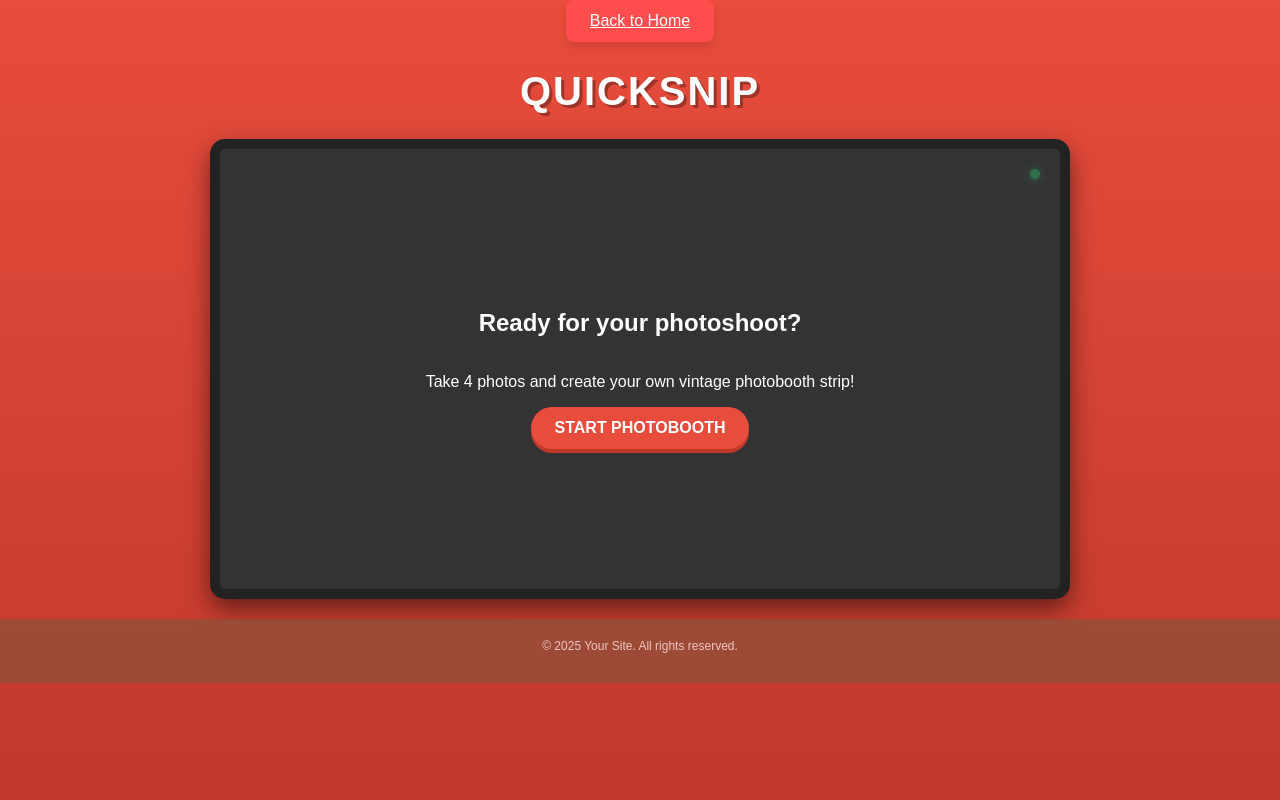
Repository: Strawb3rryjam/QuickSnip
Page: photobooth.html
An editor plug-in stored every save of this project. The page is shown before and after the next save, followed by the edit.
The browser window is 1280 px wide. The pictures show the whole page.
Some web fonts or font styles are not loaded; a fallback is used.

Above is the page before, as saved 2025-05-08 16:14:02.

### photobooth.html
<!DOCTYPE html>
<html lang="en">

<head>
    <meta charset="UTF-8">
    <meta name="viewport" content="width=device-width, initial-scale=1.0">
    <title>Retro Photobooth</title>
    <link rel="stylesheet" href="styles.css">

    <!--Font-->
    <link rel="preconnect" href="https://fonts.googleapis.com">
    <link rel="preconnect" href="https://fonts.gstatic.com" crossorigin>
    <link href="https://fonts.googleapis.com/css2?family=Titan+One&display=swap" rel="stylesheet">
</head>

<body>
    <a href="index.html" id="home" class="button">Back to Home</a>


    <h1>QUICKSNIP</h1>
    <div class="container">
        <div class="retro-light"></div>

        <div class="start-screen" id="startScreen">

            <h2>Ready for your photoshoot?</h2>
            <p>Take 4 photos and create your own vintage photobooth strip!</p>
            <button id="startButton">Start Photobooth</button>
        </div>

        <div class="camera-container" id="cameraContainer">
            <video id="camera" autoplay playsinline></video>
            <div class="countdown" id="countdown"></div>
            <div class="flash" id="flash"></div>
            <div class="loading-message" id="loadingMessage">Initializing camera...</div>
        </div>

        <div class="controls" id="cameraControls" style="display: none;">
            <button id="captureButton">Take Photos</button>
        </div>

        <div class="photostrip-container" id="photostripContainer">
            <div class="photostrip" id="photostrip">
                <div class="photostrip-branding">Retro Photobooth - April 28, 2025</div>
            </div>

            <div class="editor-tools">
                <div>
                    <h3>Border Color</h3>
                    <div class="color-picker" id="colorPicker">
                        <div class="color selected" style="background-color: white;" data-color="white"></div>
                        <div class="color" style="background-color: #ffcc00;" data-color="#ffcc00"></div>
                        <div class="color" style="background-color: #ff6b6b;" data-color="#ff6b6b"></div>
                        <div class="color" style="background-color: #48dbfb;" data-color="#48dbfb"></div>
                        <div class="color" style="background-color: #1dd1a1;" data-color="#1dd1a1"></div>
                        <div class="color" style="background-color: #f368e0;" data-color="#f368e0"></div>
                        <div class="color" style="background-color: #ff9f43;" data-color="#ff9f43"></div>
                        <div class="color" style="background-color: black;" data-color="black"></div>
                    </div>
                </div>

                <div>
                    <h3>Add Stickers</h3>
                    <div class="stickers" id="stickerPicker">
                        <div class="sticker">⭐</div>
                        <div class="sticker">❤️</div>
                        <div class="sticker">🌈</div>
                        <div class="sticker">😎</div>
                        <div class="sticker">🎉</div>
                        <div class="sticker">✨</div>
                        <div class="sticker">💯</div>
                        <div class="sticker">🔥</div>
                        <div class="sticker">👑</div>
                        <div class="sticker">🦄</div>
                    </div>
                </div>

                <button id="downloadButton">Download Photostrip</button>
                <button id="resetButton">Take New Photos</button>
            </div>
        </div>
    </div>

    <footer id="copyright">
        © 2025 Your Site. All rights reserved.
    </footer>

    <script src="https://cdnjs.cloudflare.com/ajax/libs/html2canvas/1.4.1/html2canvas.min.js"></script>
    <script src="scripts.js"></script>
    <script src="https://cdnjs.cloudflare.com/ajax/libs/html2canvas/1.4.1/html2canvas.min.js"></script>

</body>

</html>

### scripts.js
document.addEventListener("DOMContentLoaded", () => {
  // DOM Elements
  const curtain = document.getElementById("curtain");

  if (curtain) {
    const frames = [
      "assets/curtain1.svg",
      "assets/curtain2.svg",
      "assets/curtain3.svg",
      "assets/curtain4.svg",
    ];

    let interval = 0;

    function animateCurtain(forward = true) {
      let index = forward ? 0 : frames.length - 1;
      clearInterval(interval);
      interval = setInterval(() => {
        curtain.src = frames[index];
        index = forward ? index + 1 : index - 1;
        if (index < 0 || index >= frames.length) clearInterval(interval);
      }, 100);
    }

    curtain.addEventListener("mouseenter", () => animateCurtain(true));
    curtain.addEventListener("mouseleave", () => animateCurtain(false));

    // 👉 Navigate to photobooth.html on click
    curtain.addEventListener("click", () => {
      window.location.href = "photobooth.html";
    });
  } else {
    console.error("Curtain element not found!");
  }

  // back to home button
  const homeButton = document.getElementById("home");
  if (homeButton) {
    homeButton.addEventListener("click", () => {
      window.location.href = "index.html";
    });
  }

  const startScreen = document.getElementById("startScreen");
  const cameraContainer = document.getElementById("cameraContainer");
  const camera = document.getElementById("camera");
  const captureButton = document.getElementById("captureButton");
  const startButton = document.getElementById("startButton");
  const cameraControls = document.getElementById("cameraControls");
  const countdown = document.getElementById("countdown");
  const flash = document.getElementById("flash");
  const photostripContainer = document.getElementById("photostripContainer");
  const photostrip = document.getElementById("photostrip");
  const downloadButton = document.getElementById("downloadButton");
  const resetButton = document.getElementById("resetButton");
  const colorPicker = document.getElementById("colorPicker");
  const stickerPicker = document.getElementById("stickerPicker");
  const loadingMessage = document.getElementById("loadingMessage");

  // App State
  let stream = null;
  let photosTaken = 0;
  const maxPhotos = 4;
  let photoElements = [];
  let isCountingDown = false;

  // Start the photobooth
  if (startButton) {
    startButton.addEventListener("click", initCamera);
  }

  // Initialize the camera
  async function initCamera() {
    startScreen.style.display = "none";
    cameraContainer.style.display = "block";

    try {
      stream = await navigator.mediaDevices.getUserMedia({
        video: {
          facingMode: "user",
          width: { ideal: 640 },
          height: { ideal: 480 },
        },
        audio: false,
      });

      camera.srcObject = stream;
      loadingMessage.style.display = "none";
      cameraControls.style.display = "flex";
      captureButton.addEventListener("click", startPhotoSequence);
    } catch (err) {
      loadingMessage.textContent = "Camera access denied or not available :(";
      console.error("Error accessing camera:", err);
    }
  }

  // Start the photo taking sequence
  function startPhotoSequence() {
    if (isCountingDown) return;

    isCountingDown = true;
    captureButton.disabled = true;
    startCountdown();
  }

  // Display countdown before taking photo
  function startCountdown() {
    let count = 3;
    countdown.textContent = count;
    countdown.style.display = "block";

    const countInterval = setInterval(() => {
      count--;

      if (count > 0) {
        countdown.textContent = count;
      } else {
        clearInterval(countInterval);
        countdown.style.display = "none";
        takePhoto();
      }
    }, 1000);
  }

  // Take a photo
  function takePhoto() {
    // Create flash effect
    flash.style.opacity = "0.8";
    setTimeout(() => {
      flash.style.opacity = "0";
    }, 100);

    // Create the canvas to capture the photo
    const canvas = document.createElement("canvas");
    const context = canvas.getContext("2d");

    // Set canvas dimensions to match the video
    canvas.width = camera.videoWidth;
    canvas.height = camera.videoHeight;

    // Draw the video frame on the canvas, flip horizontally
    context.translate(canvas.width, 0);
    context.scale(-1, 1);
    context.drawImage(camera, 0, 0, canvas.width, canvas.height);

    // Convert canvas to image
    const imgUrl = canvas.toDataURL("image/jpeg");

    // Add to photostrip
    photosTaken++;
    const photoElement = document.createElement("img");
    photoElement.src = imgUrl;
    photoElement.alt = `Photo ${photosTaken}`;
    photoElements.push(photoElement);

    // Check if we need to take more photos
    if (photosTaken < maxPhotos) {
      // Wait before next photo
      setTimeout(() => {
        isCountingDown = false;
        startCountdown();
      }, 1000);
    } else {
      // We're done taking photos
      finishPhotoSession();
    }
  }

  // Finish photo session and show the photostrip
  function finishPhotoSession() {
    // Stop camera
    if (stream) {
      stream.getTracks().forEach((track) => track.stop());
      stream = null;
    }

    // Hide camera UI
    cameraContainer.style.display = "none";
    cameraControls.style.display = "none";

    // Show printing overlay
    const printingOverlay = document.createElement("div");
    printingOverlay.className = "printing-overlay active";

    const printingMessage = document.createElement("div");
    printingMessage.className = "printing-message";
    printingMessage.textContent = "Printing your photos...";

    printingOverlay.appendChild(printingMessage);
    document.body.appendChild(printingOverlay);

    // Play printer sound
    const printerSound = document.getElementById("printerSound");
    if (printerSound) {
      printerSound.play();
    } else {
      // Fallback if the element doesn't exist in HTML
      const audioElement = document.createElement("audio");
      audioElement.className = "printer-sound";
      audioElement.src = "assets/printer-sound.mp3";
      audioElement.autoplay = true;
      document.body.appendChild(audioElement);
    }

    // Show photostrip container
    photostripContainer.style.display = "flex";

    // Add the printing class to photostrip
    photostrip.classList.add("printing");

    // Add printing class to branding
    const branding = photostrip.querySelector(".photostrip-branding");
    if (branding) {
      branding.classList.add("printing");
    }

    // Add photos to photostrip with a delay for the animation
    setTimeout(() => {
      for (let i = 0; i < photoElements.length; i++) {
        photostrip.appendChild(photoElements[i]);
      }

      // Remove the overlay after the animation completes
      setTimeout(() => {
        printingOverlay.classList.remove("active");
        setTimeout(() => {
          printingOverlay.remove();
          if (document.querySelector(".printer-sound")) {
            document.querySelector(".printer-sound").remove();
          }
        }, 500);
      }, 3200); // slightly longer than our animation

      // Initialize the editing tools
      initEditingTools();
    }, 300);
  }

  // Initialize editing tools for photostrip
  function initEditingTools() {
    // Color picker functionality
    if (colorPicker) {
      colorPicker.querySelectorAll(".color").forEach((colorEl) => {
        colorEl.addEventListener("click", () => {
          // Remove selected class from all colors
          colorPicker.querySelectorAll(".color").forEach((el) => {
            el.classList.remove("selected");
          });

          // Add selected class to clicked color
          colorEl.classList.add("selected");

          // Apply color to photostrip
          const selectedColor = colorEl.getAttribute("data-color");
          photostrip.style.backgroundColor = selectedColor;
        });
      });
    }

    // Sticker functionality
    if (stickerPicker) {
      stickerPicker.querySelectorAll(".sticker").forEach((stickerEl) => {
        stickerEl.addEventListener("click", () => {
          addSticker(stickerEl.textContent);
        });
      });
    }

    // Download button
    if (downloadButton) {
      downloadButton.addEventListener("click", downloadPhotostrip);
    }

    // Reset button
    if (resetButton) {
      resetButton.addEventListener("click", resetPhotobooth);
    }
  }

  // Add a draggable sticker to the photostrip
  function addSticker(emoji) {
    const sticker = document.createElement("div");
    sticker.classList.add("draggable-sticker");
    sticker.textContent = emoji;
    sticker.style.left = "50%";
    sticker.style.top = "50%";
    sticker.style.transform = "translate(-50%, -50%)";
    photostrip.appendChild(sticker);

    // Make sticker draggable
    let isDragging = false;
    let offsetX, offsetY;

    sticker.addEventListener("mousedown", (e) => {
      isDragging = true;
      const rect = sticker.getBoundingClientRect();
      offsetX = e.clientX - rect.left;
      offsetY = e.clientY - rect.top;
      sticker.style.zIndex = "1000";
    });

    document.addEventListener("mousemove", (e) => {
      if (!isDragging) return;

      const photoRect = photostrip.getBoundingClientRect();
      const x = e.clientX - photoRect.left - offsetX;
      const y = e.clientY - photoRect.top - offsetY;

      sticker.style.left = `${x}px`;
      sticker.style.top = `${y}px`;
      sticker.style.transform = "none";
    });

    document.addEventListener("mouseup", () => {
      isDragging = false;
      sticker.style.zIndex = "999";
    });

    // Touch support for mobile
    sticker.addEventListener("touchstart", (e) => {
      isDragging = true;
      const touch = e.touches[0];
      const rect = sticker.getBoundingClientRect();
      offsetX = touch.clientX - rect.left;
      offsetY = touch.clientY - rect.top;
      sticker.style.zIndex = "1000";
      e.preventDefault();
    });

    document.addEventListener("touchmove", (e) => {
      if (!isDragging) return;

      const touch = e.touches[0];
      const photoRect = photostrip.getBoundingClientRect();
      const x = touch.clientX - photoRect.left - offsetX;
      const y = touch.clientY - photoRect.top - offsetY;

      sticker.style.left = `${x}px`;
      sticker.style.top = `${y}px`;
      sticker.style.transform = "none";
      e.preventDefault();
    });

    document.addEventListener("touchend", () => {
      isDragging = false;
      sticker.style.zIndex = "999";
    });
  }

  // Download the photostrip
  function downloadPhotostrip() {
    // Remove printing class if it exists
    photostrip.classList.remove("printing");

    // Get all stickers to make sure they're included in the download
    const stickers = photostrip.querySelectorAll(".draggable-sticker");
    stickers.forEach((sticker) => {
      sticker.style.position = "absolute"; // Ensure position is maintained in screenshot
    });

    html2canvas(photostrip).then((canvas) => {
      const link = document.createElement("a");
      link.download = "retro-photostrip.jpg";
      link.href = canvas.toDataURL("image/jpeg", 0.8);
      link.click();
    });
  }

  // Reset the photobooth to start again
  function resetPhotobooth() {
    // Reset counters and arrays
    photosTaken = 0;
    photoElements = [];

    // Clear the photostrip
    const photos = photostrip.querySelectorAll("img");
    const stickers = photostrip.querySelectorAll(".draggable-sticker");

    photos.forEach((photo) => photo.remove());
    stickers.forEach((sticker) => sticker.remove());

    // Remove printing classes
    photostrip.classList.remove("printing");
    const branding = photostrip.querySelector(".photostrip-branding");
    if (branding) {
      branding.classList.remove("printing");
    }

    // Reset photostrip color
    photostrip.style.backgroundColor = "white";
    colorPicker.querySelectorAll(".color").forEach((el) => {
      el.classList.remove("selected");
    });
    colorPicker.querySelector('[data-color="white"]').classList.add("selected");

    // Hide photostrip and show start screen
    photostripContainer.style.display = "none";
    startScreen.style.display = "flex";

    // Reset buttons
    captureButton.disabled = false;
    isCountingDown = false;
  }
});

Loaded but not shown: styles.css (418 lines, source omitted)

After the next save:
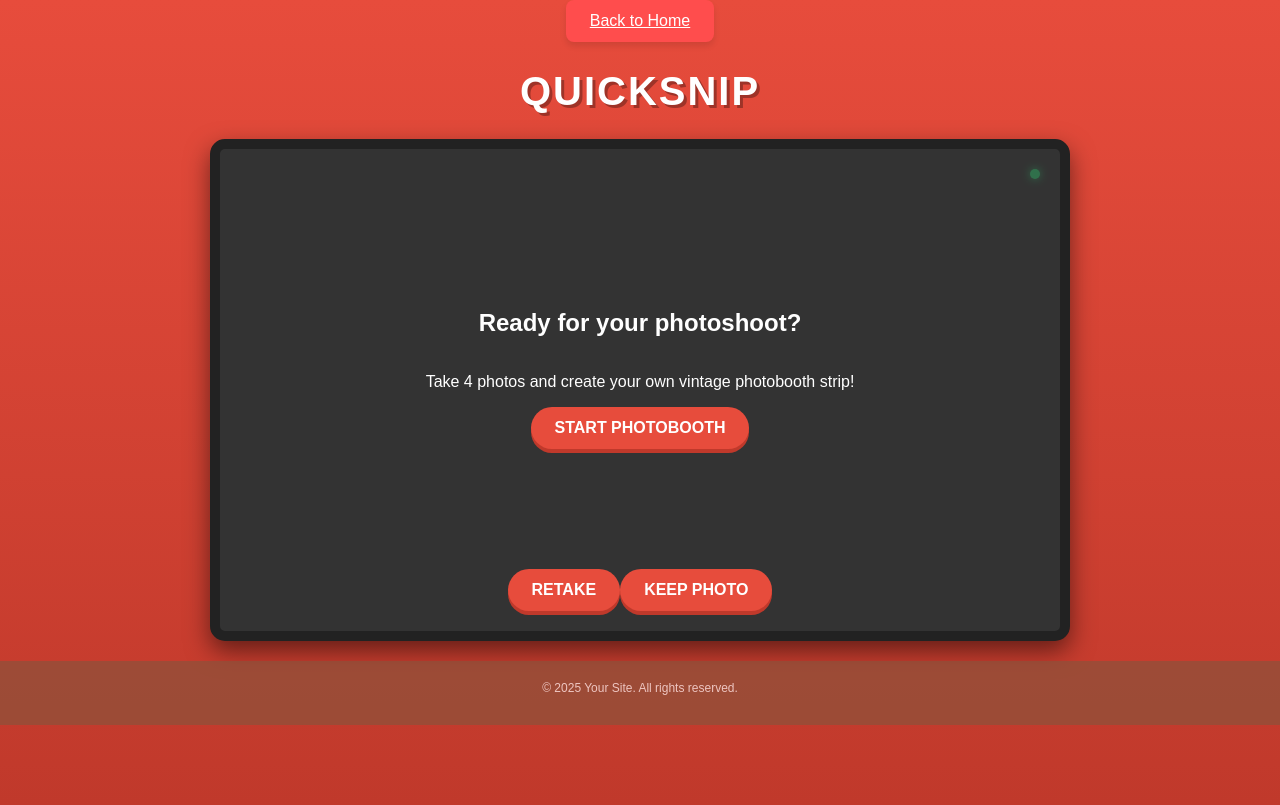
Saved 12 min 39 s later.
--- a/scripts.js
+++ b/scripts.js
@@ -64,6 +64,40 @@ document.addEventListener("DOMContentLoaded", () => {
   let photoElements = [];
   let isCountingDown = false;
 
+  // Create preview container
+  const previewContainer = document.createElement("div");
+  previewContainer.id = "previewContainer";
+  previewContainer.className = "preview-container";
+
+  // Create a confirmation button for the preview
+  const confirmButton = document.createElement("button");
+  confirmButton.id = "confirmButton";
+  confirmButton.textContent = "Keep Photo";
+  confirmButton.className = "confirm-button";
+
+  // Create a retake button for the preview
+  const retakeButton = document.createElement("button");
+  retakeButton.id = "retakeButton";
+  retakeButton.textContent = "Retake";
+  retakeButton.className = "retake-button";
+
+  // Create a container for the preview buttons
+  const previewButtonsContainer = document.createElement("div");
+  previewButtonsContainer.className = "preview-buttons-container";
+  previewButtonsContainer.appendChild(retakeButton);
+  previewButtonsContainer.appendChild(confirmButton);
+
+  // Append to the preview container
+  previewContainer.appendChild(previewButtonsContainer);
+
+  // Insert after camera container
+  if (cameraContainer && cameraContainer.parentNode) {
+    cameraContainer.parentNode.insertBefore(
+      previewContainer,
+      cameraContainer.nextSibling
+    );
+  }
+
   // Start the photobooth
   if (startButton) {
     startButton.addEventListener("click", initCamera);
@@ -73,6 +107,7 @@ document.addEventListener("DOMContentLoaded", () => {
   async function initCamera() {
     startScreen.style.display = "none";
     cameraContainer.style.display = "block";
+    previewContainer.style.display = "none";
 
     try {
       stream = await navigator.mediaDevices.getUserMedia({
@@ -146,24 +181,70 @@ document.addEventListener("DOMContentLoaded", () => {
     // Convert canvas to image
     const imgUrl = canvas.toDataURL("image/jpeg");
 
-    // Add to photostrip
-    photosTaken++;
-    const photoElement = document.createElement("img");
-    photoElement.src = imgUrl;
-    photoElement.alt = `Photo ${photosTaken}`;
-    photoElements.push(photoElement);
-
-    // Check if we need to take more photos
-    if (photosTaken < maxPhotos) {
-      // Wait before next photo
-      setTimeout(() => {
+    // Show the preview
+    showPhotoPreview(imgUrl);
+  }
+
+  // Show photo preview and confirmation
+  function showPhotoPreview(imgUrl) {
+    // Hide camera container and show preview
+    cameraContainer.style.display = "none";
+    cameraControls.style.display = "none";
+    previewContainer.style.display = "block";
+
+    // Remove any existing preview image
+    const existingPreview = previewContainer.querySelector(".preview-image");
+    if (existingPreview) {
+      existingPreview.remove();
+    }
+
+    // Create preview image
+    const previewImage = document.createElement("img");
+    previewImage.src = imgUrl;
+    previewImage.className = "preview-image";
+    previewImage.alt = `Preview of Photo ${photosTaken + 1}`;
+
+    // Add photo counter
+    const photoCounter = document.createElement("div");
+    photoCounter.className = "photo-counter";
+    photoCounter.textContent = `Photo ${photosTaken + 1} of ${maxPhotos}`;
+
+    // Insert the preview image before the buttons container
+    previewContainer.insertBefore(previewImage, previewButtonsContainer);
+    previewContainer.insertBefore(photoCounter, previewButtonsContainer);
+
+    // Set up confirm button action
+    confirmButton.onclick = () => {
+      // Add to photoElements array
+      const photoElement = document.createElement("img");
+      photoElement.src = imgUrl;
+      photoElement.alt = `Photo ${photosTaken + 1}`;
+      photoElements.push(photoElement);
+      photosTaken++;
+
+      // Check if we need to take more photos
+      if (photosTaken < maxPhotos) {
+        // Continue to next photo
+        previewContainer.style.display = "none";
+        cameraContainer.style.display = "block";
+        cameraControls.style.display = "flex";
         isCountingDown = false;
-        startCountdown();
-      }, 1000);
-    } else {
-      // We're done taking photos
-      finishPhotoSession();
-    }
+        captureButton.disabled = false;
+      } else {
+        // We're done taking photos
+        finishPhotoSession();
+      }
+    };
+
+    // Set up retake button action
+    retakeButton.onclick = () => {
+      // Go back to camera view
+      previewContainer.style.display = "none";
+      cameraContainer.style.display = "block";
+      cameraControls.style.display = "flex";
+      isCountingDown = false;
+      captureButton.disabled = false;
+    };
   }
 
   // Finish photo session and show the photostrip
@@ -174,9 +255,10 @@ document.addEventListener("DOMContentLoaded", () => {
       stream = null;
     }
 
-    // Hide camera UI
+    // Hide camera UI and preview
     cameraContainer.style.display = "none";
     cameraControls.style.display = "none";
+    previewContainer.style.display = "none";
 
     // Show printing overlay
     const printingOverlay = document.createElement("div");
@@ -395,6 +477,7 @@ document.addEventListener("DOMContentLoaded", () => {
 
     // Hide photostrip and show start screen
     photostripContainer.style.display = "none";
+    previewContainer.style.display = "none";
     startScreen.style.display = "flex";
 
     // Reset buttons
